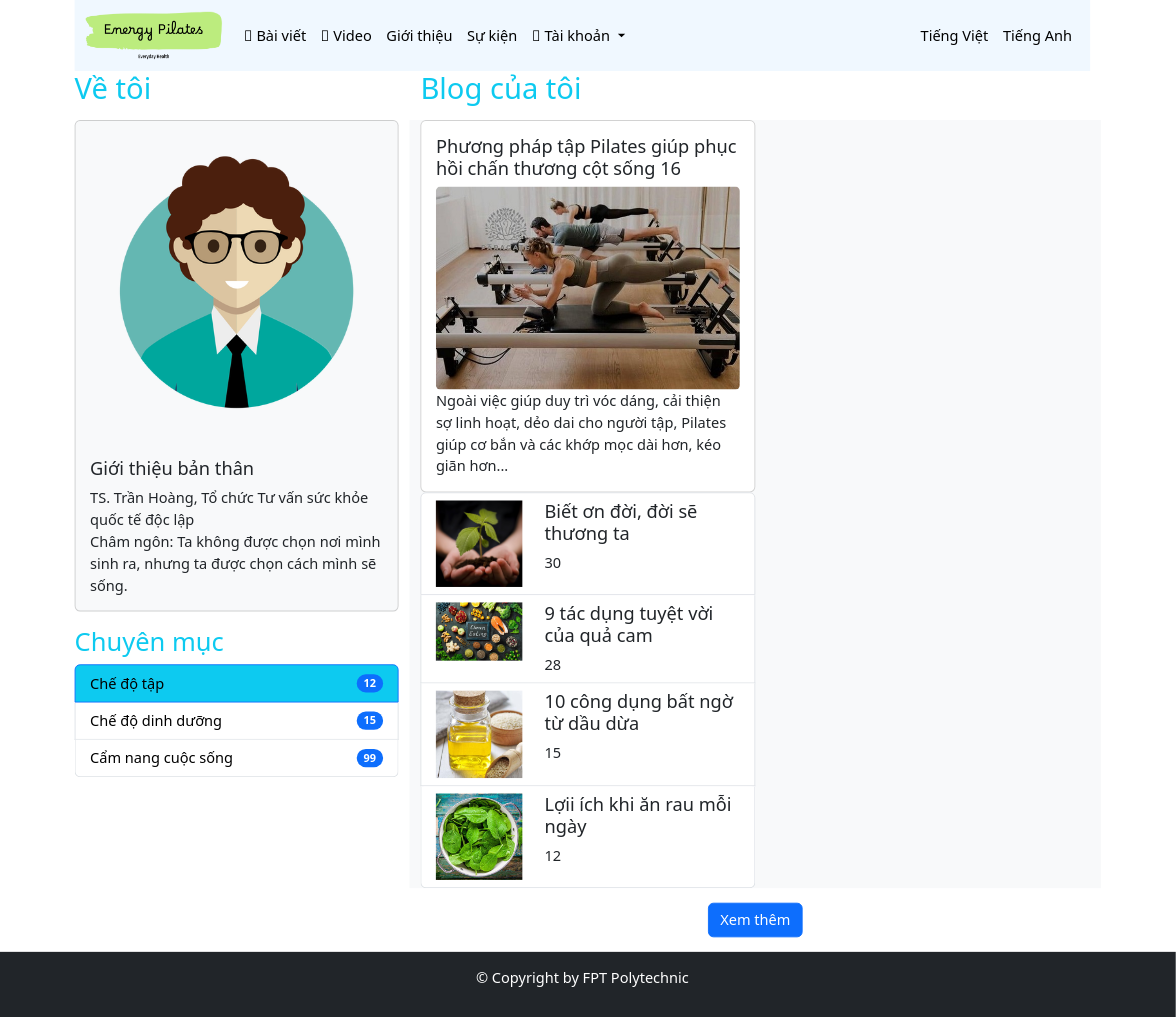
Repository: KizukoHeiwa/SOF308
Page: Lab1/index.html
The author's editor kept a copy of each file at every save. The page is drawn from the files as they stood at one save, then again after the next save.
The browser window is 1280 px wide. The page is 1292 px wide, so the pictures cover 1292 px, including what lies to the right of the window. The pictures show the whole page, at 91% of full size.

Above is the page before, as saved 2024-10-31 10:49:17.

### Lab1/index.html
<!DOCTYPE html>
<html lang="en">
<head>
    <meta charset="UTF-8">
    <meta name="viewport" content="width=device-width, initial-scale=1.0">
    <title>FPT Polytechnic</title>
    <link href="https://cdn.jsdelivr.net/npm/bootstrap@5.3.3/dist/css/bootstrap.min.css" rel="stylesheet" integrity="sha384-QWTKZyjpPEjISv5WaRU9OFeRpok6YctnYmDr5pNlyT2bRjXh0JMhjY6hW+ALEwIH" crossorigin="anonymous">
    <script src="https://cdn.jsdelivr.net/npm/bootstrap@5.3.3/dist/js/bootstrap.bundle.min.js" integrity="sha384-YvpcrYf0tY3lHB60NNkmXc5s9fDVZLESaAA55NDzOxhy9GkcIdslK1eN7N6jIeHz" crossorigin="anonymous"></script>
    <link rel="stylesheet" href="https://cdnjs.cloudflare.com/ajax/libs/font-awesome/4.7.0/css/font-awesome.min.css">
    <style>
        header{
            background-color: aliceblue;
            /* box-shadow: 1px 1px 2px 1px lightgray; */
        }
        .nav-link{
            color: black;
        }
        .nav-link:hover{
            color: green;
        }
        .navbar-nav .nav-link.active, .navbar-nav .nav-link.show {
            color: green;
        }
        .button-wrapper{
            display: flex;
            justify-content: center;
            align-items: center;
        }
        .footer-content{
            color: white;
            text-align: center;
        }
    </style>

</head>
<body>
    <div class="container">
        <header>
            <nav class="navbar navbar-expand-sm">
                <div class="container">
                    <a class="navbar-brand" href="#">
                        <img src="img/logo-energy-pilates.png" alt="" style="width: 150px;">
                    </a>
                    <div class="collapse navbar-collapse" id="collapsibleNavbar">
                        <ul class="navbar-nav me-auto">
                            <li class="nav-item">
                                <a class="nav-link" href="#"><i class="fa-solid fa-list"></i> Bài viết</a>
                            </li>
                            <li class="nav-item">
                                <a class="nav-link" href="#"><i class="fa-solid fa-film"></i> Video</a>
                            </li>
                            <li class="nav-item">
                                <a class="nav-link" href="#"><i class="fa-solid fa-circle-info"></i> Giới thiệu</a>
                            </li>
                            <li class="nav-item">
                                <a class="nav-link" href="#"><i class="fa-solid fa-calendar-days"></i> Sự kiện</a>
                            </li>
                            <li class="nav-item dropdown">
                                <a class="nav-link dropdown-toggle" href="#" role="button" data-bs-toggle="dropdown">
                                    <i class="fa-solid fa-user"></i> Tài khoản
                                </a>
                                <ul class="dropdown-menu">
                                    <li><a class="dropdown-item" href="#">Đăng nhập</a></li>
                                    <li><a class="dropdown-item" href="#">Quên mật khẩu</a></li>
                                    <li><a class="dropdown-item" href="#">Đăng ký thành viên</a></li>
                                </ul>
                            </li>
                        </ul>
                        <ul class="navbar-nav d-flex">
                            <li class="nav-item">
                                <a class="nav-link">Tiếng Việt</a>
                            </li>
                            <li class="nav-item">
                                <a class="nav-link">Tiếng Anh</a>
                            </li>
                        </ul>
                    </div>
                </div>
            </nav>
        </header>
        <section class="row">
            <aside class="col-sm-4">
                <div class="col-sm">
                    <h2 class="text-info mb-3">Về tôi</h2>
                    <div class="card mb-3 bg-light">
                        <img src="img/avatar.png" class="card-img-top" alt="">
                        <div class="card-body">
                            <h5 class="card-title">Giới thiệu bản thân</h5>
                            <p class="card-text">TS. Trần Hoàng, Tổ chức Tư vấn sức khỏe quốc tế độc lập <br>
                                Châm ngôn: Ta không được chọn nơi mình sinh ra, nhưng ta được chọn cách mình sẽ sống.
                            </p>
                        </div>
                    </div>

                    <h3 class="text-info mt-2">Chuyên mục</h3>
                    <ul class="list-group">
                        <li class="list-group-item active bg-info d-flex justify-content-between align-items-center">
                            <a class="nav-link" href="#">Chế độ tập</a>
                            <span class="badge bg-primary rounded-pill">12</span>
                        </li>
                        <li class="list-group-item d-flex justify-content-between align-items-center">
                            <a class="nav-link" href="#">Chế độ dinh dưỡng</a>
                            <span class="badge bg-primary rounded-pill">15</span>
                        </li>
                        <li class="list-group-item d-flex justify-content-between align-items-center">
                            <a class="nav-link" href="#">Cẩm nang cuộc sống</a>
                            <span class="badge bg-primary rounded-pill">99</span>
                        </li>
                    </ul>
                    <!-- end Chuyên mục -->
                </div>
            </aside>
            <article class="col-sm-8">
                <div class="row">
                        <h2 class="text-info mb-3">Blog của tôi</h2>
                        <div class="bg-light">
                            <div class="card col-sm-6">
                                <div class="card-body">
                                    <h5 class="card-title">Phương pháp tập Pilates giúp phục hồi chấn thương cột sống <i class="fa-solid fa-message"></i> 16</h5>
                                    <img src="img/tap-piltes.jpg" alt="" class="card-img">
                                    <p class="card-text">Ngoài việc giúp duy trì vóc dáng, cải thiện sợ linh hoạt, dẻo dai cho người tập, Pilates giúp cơ bắn và các khớp mọc dài hơn, kéo giãn hơn...</p>
                                </div>
                            </div>
                            <div class="col-sm-6">
                                <ul class="list-group">
                                    <li class="list-group-item d-flex justify-content-between align-items-start">
                                        <div class="row">
                                            <div class="col-4">
                                                <img src="img/corevalue.jpg" alt="" class="card-img">
                                            </div>
                                            <div class="col-8">
                                                <h5>Biết ơn đời, đời sẽ thương ta</h5>
                                                <span>30</span>
                                            </div>
                                        </div>
                                    </li>
                                    <li class="list-group-item d-flex justify-content-between align-items-start">
                                        <div class="row">
                                            <div class="col-4">
                                                <img src="img/eat-clean.png" alt="" class="card-img">
                                            </div>
                                            <div class="col-8">
                                                <h5>9 tác dụng tuyệt vời của quả cam</h5>
                                                <span>28</span>
                                            </div>
                                        </div>
                                    </li>
                                    <li class="list-group-item d-flex justify-content-between align-items-start">
                                        <div class="row">
                                            <div class="col-4">
                                                <img src="img/sesameoil_300x300.jpg" alt="" class="card-img">
                                            </div>
                                            <div class="col-8">
                                                <h5>10 công dụng bất ngờ từ dầu dừa</h5>
                                                <span>15</span>
                                            </div>
                                        </div>
                                    </li>
                                    <li class="list-group-item d-flex justify-content-between align-items-start">
                                        <div class="row">
                                            <div class="col-4">
                                                <img src="img/spinach_300x300.jpg" alt="" class="card-img">
                                            </div>
                                            <div class="col-8">
                                                <h5>Lợii ích khi ăn rau mỗi ngày</h5>
                                                <span>12</span>
                                            </div>
                                        </div>
                                    </li>
                                </ul>
                            </div>
                        </div>

                </div>
                    <div class="button-wrapper">
                        <button type="button" class="btn btn-primary m-3">Xem thêm</button>
                    </div>
                </div>
            </article>
        </section>
        <footer class="row bg-dark p-3">
            <p class="footer-content">&copy; Copyright by FPT Polytechnic</p>
        </footer>
    </div>
</body>
</html>

After the next save:
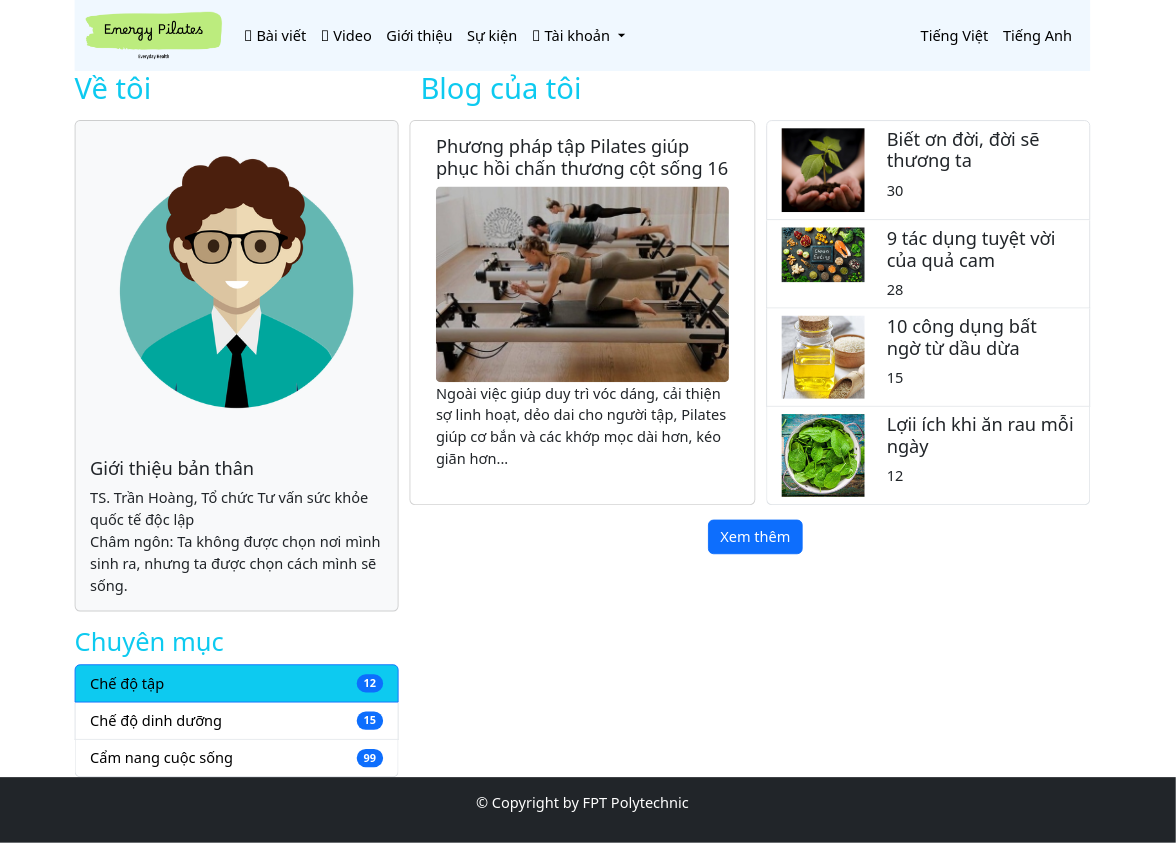
Saved 10 s later.
--- a/Lab1/index.html
+++ b/Lab1/index.html
@@ -113,65 +113,62 @@
             <article class="col-sm-8">
                 <div class="row">
                         <h2 class="text-info mb-3">Blog của tôi</h2>
-                        <div class="bg-light">
-                            <div class="card col-sm-6">
-                                <div class="card-body">
-                                    <h5 class="card-title">Phương pháp tập Pilates giúp phục hồi chấn thương cột sống <i class="fa-solid fa-message"></i> 16</h5>
-                                    <img src="img/tap-piltes.jpg" alt="" class="card-img">
-                                    <p class="card-text">Ngoài việc giúp duy trì vóc dáng, cải thiện sợ linh hoạt, dẻo dai cho người tập, Pilates giúp cơ bắn và các khớp mọc dài hơn, kéo giãn hơn...</p>
-                                </div>
-                            </div>
-                            <div class="col-sm-6">
-                                <ul class="list-group">
-                                    <li class="list-group-item d-flex justify-content-between align-items-start">
-                                        <div class="row">
-                                            <div class="col-4">
-                                                <img src="img/corevalue.jpg" alt="" class="card-img">
-                                            </div>
-                                            <div class="col-8">
-                                                <h5>Biết ơn đời, đời sẽ thương ta</h5>
-                                                <span>30</span>
-                                            </div>
-                                        </div>
-                                    </li>
-                                    <li class="list-group-item d-flex justify-content-between align-items-start">
-                                        <div class="row">
-                                            <div class="col-4">
-                                                <img src="img/eat-clean.png" alt="" class="card-img">
-                                            </div>
-                                            <div class="col-8">
-                                                <h5>9 tác dụng tuyệt vời của quả cam</h5>
-                                                <span>28</span>
-                                            </div>
-                                        </div>
-                                    </li>
-                                    <li class="list-group-item d-flex justify-content-between align-items-start">
-                                        <div class="row">
-                                            <div class="col-4">
-                                                <img src="img/sesameoil_300x300.jpg" alt="" class="card-img">
-                                            </div>
-                                            <div class="col-8">
-                                                <h5>10 công dụng bất ngờ từ dầu dừa</h5>
-                                                <span>15</span>
-                                            </div>
-                                        </div>
-                                    </li>
-                                    <li class="list-group-item d-flex justify-content-between align-items-start">
-                                        <div class="row">
-                                            <div class="col-4">
-                                                <img src="img/spinach_300x300.jpg" alt="" class="card-img">
-                                            </div>
-                                            <div class="col-8">
-                                                <h5>Lợii ích khi ăn rau mỗi ngày</h5>
-                                                <span>12</span>
-                                            </div>
-                                        </div>
-                                    </li>
-                                </ul>
+                        <div class="card col-sm-6">
+                            <div class="card-body">
+                                <h5 class="card-title">Phương pháp tập Pilates giúp phục hồi chấn thương cột sống <i class="fa-solid fa-message"></i> 16</h5>
+                                <img src="img/tap-piltes.jpg" alt="" class="card-img">
+                                <p class="card-text">Ngoài việc giúp duy trì vóc dáng, cải thiện sợ linh hoạt, dẻo dai cho người tập, Pilates giúp cơ bắn và các khớp mọc dài hơn, kéo giãn hơn...</p>
                             </div>
                         </div>
-
-                </div>
+                        <div class="col-sm-6">
+                            <ul class="list-group">
+                                <li class="list-group-item d-flex justify-content-between align-items-start">
+                                    <div class="row">
+                                        <div class="col-4">
+                                            <img src="img/corevalue.jpg" alt="" class="card-img">
+                                        </div>
+                                        <div class="col-8">
+                                            <h5>Biết ơn đời, đời sẽ thương ta</h5>
+                                            <span>30</span>
+                                        </div>
+                                    </div>
+                                </li>
+                                <li class="list-group-item d-flex justify-content-between align-items-start">
+                                    <div class="row">
+                                        <div class="col-4">
+                                            <img src="img/eat-clean.png" alt="" class="card-img">
+                                        </div>
+                                        <div class="col-8">
+                                            <h5>9 tác dụng tuyệt vời của quả cam</h5>
+                                            <span>28</span>
+                                        </div>
+                                    </div>
+                                </li>
+                                <li class="list-group-item d-flex justify-content-between align-items-start">
+                                    <div class="row">
+                                        <div class="col-4">
+                                            <img src="img/sesameoil_300x300.jpg" alt="" class="card-img">
+                                        </div>
+                                        <div class="col-8">
+                                            <h5>10 công dụng bất ngờ từ dầu dừa</h5>
+                                            <span>15</span>
+                                        </div>
+                                    </div>
+                                </li>
+                                <li class="list-group-item d-flex justify-content-between align-items-start">
+                                    <div class="row">
+                                        <div class="col-4">
+                                            <img src="img/spinach_300x300.jpg" alt="" class="card-img">
+                                        </div>
+                                        <div class="col-8">
+                                            <h5>Lợii ích khi ăn rau mỗi ngày</h5>
+                                            <span>12</span>
+                                        </div>
+                                    </div>
+                                </li>
+                            </ul>
+                        </div>
+                    </div>
                     <div class="button-wrapper">
                         <button type="button" class="btn btn-primary m-3">Xem thêm</button>
                     </div>
